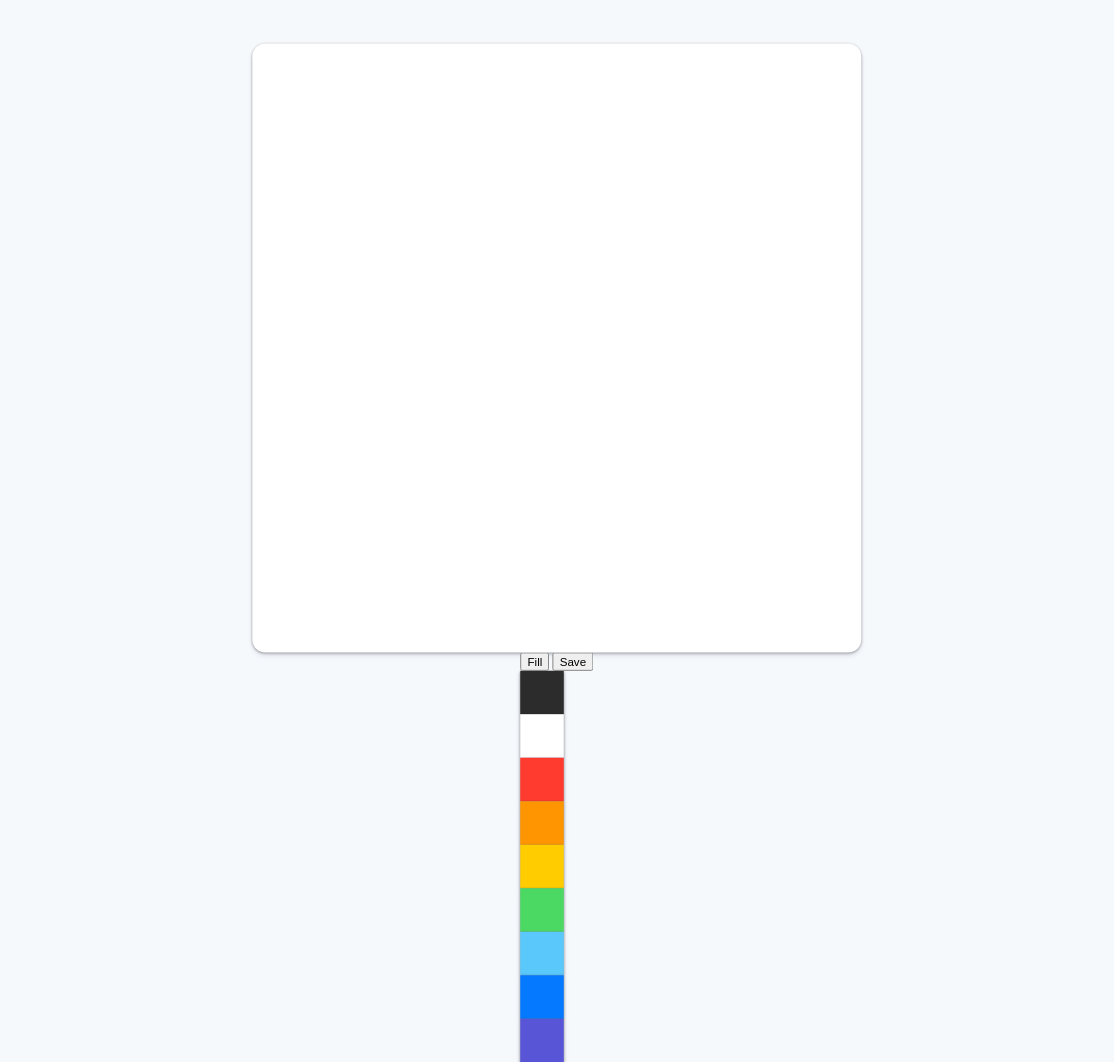
Repository: haleyjung/paintjs
Page: index.html
These files come from the project's save history. The page is drawn as it stood at one moment and after the next save; the edit follows.
The browser window is 1280 px wide. The pictures show the whole page, at 87% of full size.

Above is the page before, as saved 2020-11-24 22:41:42.

### index.html
<!DOCTYPE html>
<html lang="en">
<head>
    <meta charset="UTF-8">
    <meta name="viewport" content="width=device-width, initial-scale=1.0">
    <link rel="stylesheet" href="style.css" />
    <title>PaintJS</title>
</head>
<body>
    <canvas id="jsCanvas" class="canvas"></canvas>

    <div class="controls">
        <div class="controls__btns">
            <button id="jsMode">Fill</button>
            <button id="jsSave">Save</button>
        </div>

        <div class="controls__colors" id="jsColors">
            <div class="controls__color" style="background-color:#2c2c2c"></div>
            <div class="controls__color" style="background-color:white"></div>
            <div class="controls__color" style="background-color:#ff3b30"></div>
            <div class="controls__color" style="background-color:#ff9500"></div>
            <div class="controls__color" style="background-color:#ffcc00"></div>
            <div class="controls__color" style="background-color:#4cd963"></div>
            <div class="controls__color" style="background-color:#5ac8fa"></div>
            <div class="controls__color" style="background-color:#0579ff"></div>
            <div class="controls__color" style="background-color:#5856d6"></div>
        </div>
    </div>
    <script src="app.js"></script>
</body>
</html>

### style.css
@import "reset.css";
@import url("https://fonts.googleapis.com/css2?family=Roboto:wght@300;400;500;700&display=swap");

body {
  background-color: #f6f9fc;
  font-family: "Roboto", sans-serif;
  display: flex;
  flex-direction: column;
  align-items: center;
  padding-top: 50px;
}

.canvas {
  width: 700px;
  height: 700px;
  background-color: white;
  border-radius: 15px;
  box-shadow: 0 4px 6px rgba(50, 50, 93, 0.11), 0 1px 3px rgba(0, 0, 0, 0.4);
}

.controls__colors .controls__color {
  display: flex;
  flex-direction: row;
}

.controls__colors .controls__color {
  width: 50px;
  height: 50px;
  box-shadow: 0 4px 6px rgba(50, 50, 93, 0.11), 0 1px 3px rgba(0, 0, 0, 0.4);
}

Loaded but not shown: reset.css (common file); app.js (no copy from this time; the picture is the same without it)

After the next save:
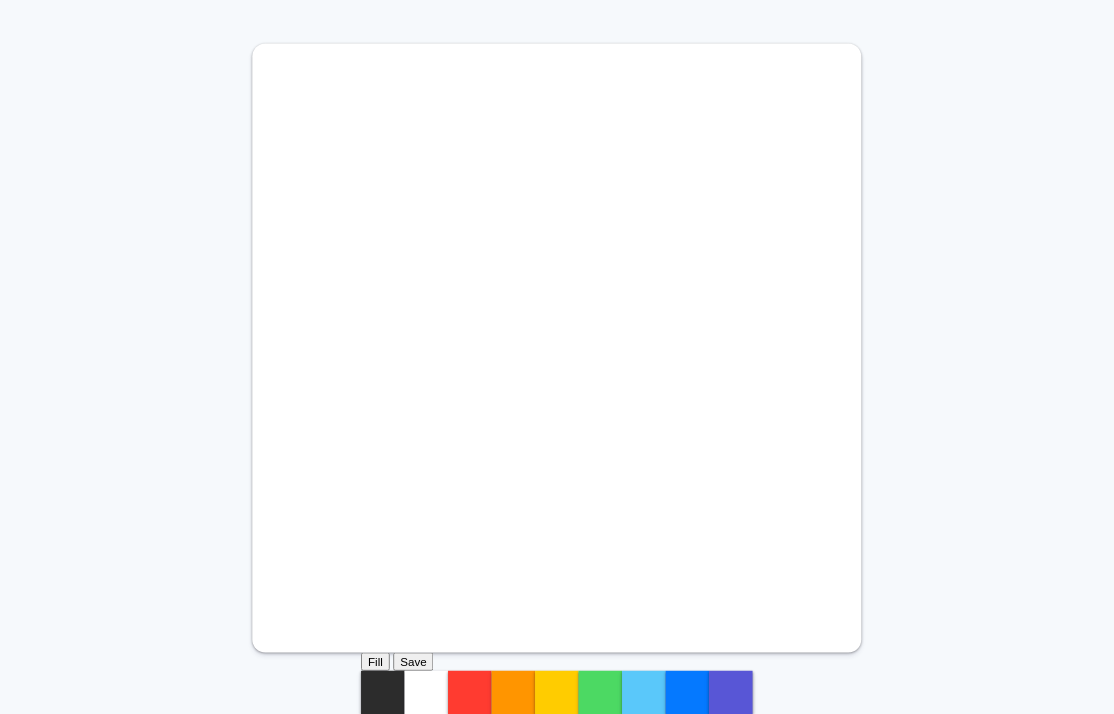
Saved 26 s later.
--- a/style.css
+++ b/style.css
@@ -18,9 +18,8 @@ body {
   box-shadow: 0 4px 6px rgba(50, 50, 93, 0.11), 0 1px 3px rgba(0, 0, 0, 0.4);
 }
 
-.controls__colors .controls__color {
+.controls .controls__colors {
   display: flex;
-  flex-direction: row;
 }
 
 .controls__colors .controls__color {
